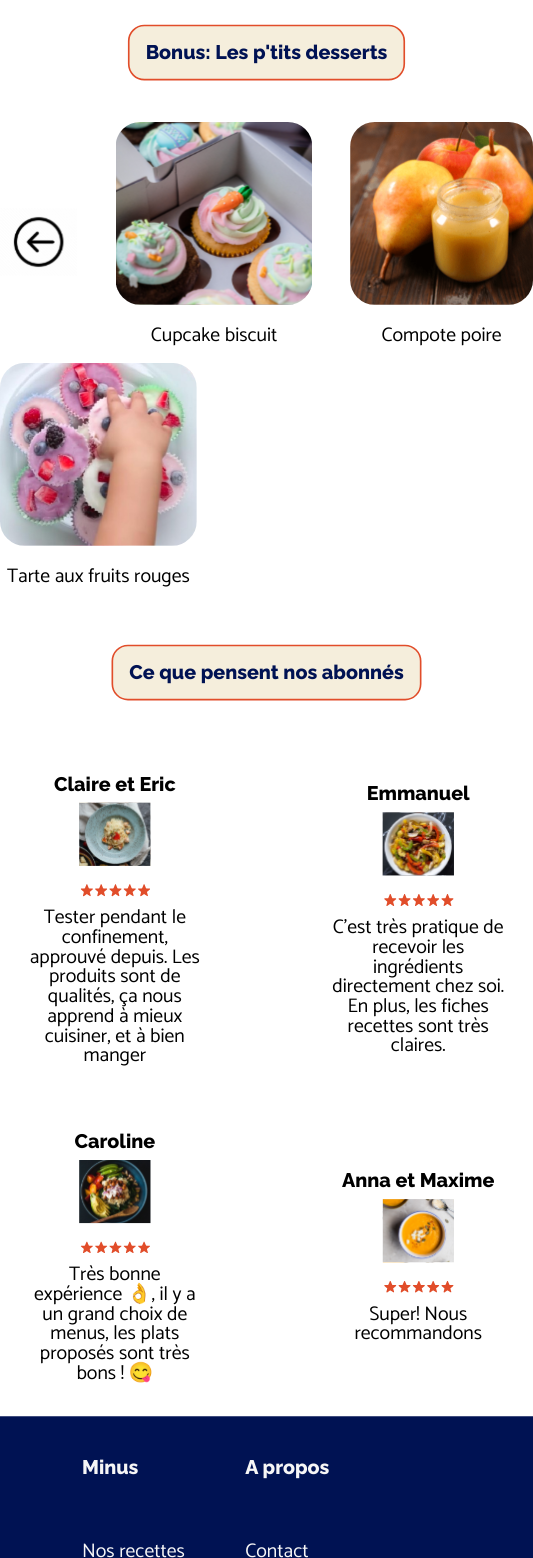
Repository: minus-team7/minus_team7
Page: minus_homepage.html
An editor plug-in stored every save of this project. The page is shown before and after a run of saves, followed by the edit.
The browser window is 650 px wide. The pictures show the part of the page from y = 3466 to 5366 px (the page is 6346 px tall), at 82% of full size.
A picture or video elsewhere on the page could not be fetched, so the positions and the page height are approximate.

Above is the page before, as saved 2023-02-13 09:46:13.

### minus_homepage.html
<!DOCTYPE html>
<html lang="en">
<head>
    <meta charset="UTF-8">
    <meta http-equiv="X-UA-Compatible" content="IE=edge">
    <meta name="viewport" content="width=device-width, initial-scale=1.0">
    <link rel="preconnect" href="https://fonts.googleapis.com">
    <link rel="preconnect" href="https://fonts.gstatic.com" crossorigin>
    <link href="https://fonts.googleapis.com/css2?family=Catamaran:wght@100;200;300;400;500;700&family=Raleway:ital,wght@0,100;0,400;0,600;0,800;1,100&display=swap" rel="stylesheet">
    <link rel="stylesheet" href="reset.css">
    <link rel="stylesheet" href="minus_homepage.css">
    <title>Minus - Homepage</title>

</head>
<body>

    <div class="box">
        <img src="/assets/homepage_boxminus.svg" alt="homepage_boxminus">
    </div>

    <div class="bouton">
        <a href="#">Nos engagements</a>
    </div>
    <section class="nos-engagements">

        <div class="engagement">
            <img src="/assets/engagement_icone_qualite_produits.svg" alt="engagement_icone_qualite_produits">
            <h2>Qualité des produits</h2>
            <p>Nous travaillons avec les meilleurs fournisseurs pour sélectionner les ingrédients les plus frais et les plus savoureux.</p>
        </div>

        <div class="engagement">
            <img src="/assets/icone_notreexpertise_chef.svg" alt="icone_notreexpertise_chef">
            <h2>Notre expertise</h2>
            <p>Chaque produit est soumis à des contrôles rigoureux pour vous garantir des ingrédients de haute qualité.</p>
        </div>

        <div class="engagement">
            <img src="/assets/icone_livraison_camion.svg" alt="icone_livraison_camion">
            <h2>Livraison sur le lieu de garde de votre enfant</h2>
            <p>Nous adaptons la livraison selon vos demandes afin de vous garantir un service adéquat</p>
        </div>

        <div class="engagement">
            <img src="/assets/icone_varietes_recettes_bolcuisine.svg" alt="icone_varietes_recettes_bolcuisine">
            <h2>Variété des recettes</h2>
            <p> Nous vous offrons une gamme de recettes pour répondre à tous les goûts et toutes les envies.</p>
        </div>

    </section>

    <div class="bouton">
        <a href="#">Nos recettes</a>
    </div>

    <section class="nos-recettes">
        <div class="recette">
            <img src="/assets/recette_spaghetti_olive.svg" alt="recette_spaghetti_olive">
            <p>Spaghetti aux olives</p>

            <img src="/assets/recette_escalope_chèvre_épinards.svg" alt="recette_escalope_chèvre_épinards">
            <p>Escalope de chèvre</p>
        </div>

        <div class="recette">
            <img src="/assets/couscous_legumes_bio.svg" alt="couscous_legumes_bio">
            <p>Couscous légumes bio</p>

            <img src="/assets/recette_puree_legumes_vert.svg" alt="recette_puree_legumes_vert">
            <p>Purée légumes verts</p>


        </div>

        <div class="recette">
            <img src="/assets/recette_croissant_poulet_champi.svg" alt="recette_croissant_poulet_champi">
            <p>Croissants poulet</p>


            <img src="/assets/recette_spaghetti_olive.svg" alt="recette_spaghetti_olive">
            <p>Spaghetti aux olives</p>
        </div>

    </section>

    <div class="bouton">
        <a href="#">Bonus: Les p'tits desserts</a>
    </div>

    <section class="nos-desserts">

            <img class="fleche-gauche" src="/assets/carroussel_flèche_gauche.svg" alt="carroussel_flèche_gauche">
        <div class="dessert">
            <img src="/assets/photo_dessert_cupcake_biscuit.svg" alt="photo_dessert_cupcake_biscuit">
            <p>Cupcake biscuit</p>
        </div>

        <div class="dessert">
            <img src="/assets/photo_dessert_compotepoire.svg" alt="photo_dessert_compotepoire">
            <p>Compote poire</p>
        </div>

        <div class="dessert">
            <img src="/assets/photo_dessert_fruitsrougesrose.svg" alt="photo_dessert_fruitsrougesrose">
            <p>Tarte aux fruits rouges</p>
        </div>

            <img class="fleche-droite" src="/assets/carroussel_fleche_droite.svg" alt="carroussel_fleche_droite">
    </section>


    <div class="bouton">
        <a href="#">Ce que pensent nos abonnés</a>
    </div>

    <section class="nos-avis">
        <div class="avis">
            <h2>Claire et Eric</h2>
            <img src="/assets/avis_plat_claireeteric_pancakes.svg" alt="avis_plat_claireeteric_pancakes">
            <img src="/assets/avis_étoiles.svg" alt="avis-étoiles">
            <p>Tester pendant le confinement, approuvé depuis. Les produits sont de qualités, ça nous apprend à mieux cuisiner, et à bien manger</p>
        </div>

        <div class="avis">
            <h2>Emmanuel</h2>
            <img src="/assets/avis_plat_emmanuel_poivrons.svg" alt="avis_plat_emmanuel_poivrons">
            <img src="/assets/avis_étoiles.svg" alt="avis-étoiles">
            <p>C'est très pratique de recevoir les ingrédients directement chez soi. En plus, les fiches recettes sont très claires.</p>
        </div>

        <div class="avis">
            <h2>Caroline</h2>
            <img src="/assets/avis_plat_caroline_quinoabowl.svg" alt="avis_plat_caroline_quinoabowl">
            <img src="/assets/avis_étoiles.svg" alt="avis-étoiles">
            <p>Très bonne expérience 👌, il y a un grand choix de menus, les plats proposés sont très bons ! 😋</p>
        </div>

        <div class="avis">
            <h2>Anna et Maxime</h2>
            <img src="/assets/avis_plat_annaetmaxime_soupepotiron.svg" alt="avis_plat_annaetmaxime_soupepotiron">
            <img src="/assets/avis_étoiles.svg" alt="avis-étoiles">
            <p>Super! Nous recommandons</p>
        </div>




    </section>








    <!-- footer  -->
    <div class="footer">
        <ul>
            <li class="titre-footer">Minus</li>
            <li><a href="#"> Nos recettes</a></li>
            <li><a href="#"> Nos recettes</a></li>
            <li><a href="#"> Livraison</a></li>
        </ul>
        <ul>
            <li class="titre-footer">A propos</li>
            <li><a href="#"> Contact</a></li>
            <li><a href="#"> Avis client</a></li>
            <li><a href="#"> Qui sommes-nous?</a></li>
        </ul>
        <ul>
            <li class="titre-footer">Aide</li>
            <li><a href="#"> FAQ</a></li>
            <li><a href="#"> CGV</a></li>
            <li><a href="#"> Preferences cookies</a></li>
        </ul>
        <ul>
            <li class="titre-footer">Newsletter</li>
            <li>
                <input class="newsletter" type="text" placeholder="Adresse e-mail">
            </li>
            <li>
                <ul class="reseaux-sociaux">
                    <li><a href="#"><img src="/assets/logo_facebook.svg" alt="fb"></a></li>
                    <li><a href="#"><img src="/assets/logo_instagram.svg" alt="insta"></a></li>
                    <li><a href="#"><img src="/assets/logo_twitter.svg" alt="twitter"></a></li>
                </ul>
            </li>
            <li class="logo-minus-footer"><a href="#"> <img src="/assets/Logo_minus_rondtête.svg" alt="logo-minus-footer"></a></li>

        </ul>


    </div>
</body>
</html>

### minus_homepage.css
/* footerr */
body{
    font-family: 'Catamaran',sans-serif;
    font-size: 24px;
}


h2{
    font-family: 'Raleway',sans-serif;
    font-weight: bold;
}


.box img{
    width: 70%;
    display: flex;
    margin: 50px auto;

}

.bouton{
    display: flex;
    align-items: center;
    justify-content: center;
    margin: 50px 0;
}

.bouton a{
    border:#E14D2A 2px solid;
    border-radius: 20px;
    padding: 20px;
    background-color: #F5EEDC;
    text-decoration: none;
    font-family: 'Raleway',sans-serif;
    font-weight: bold;
    color: #001253;

}

.nos-engagements{
    display: flex;
    flex-direction: row;
    flex-wrap: wrap;
    justify-content: space-between;
    margin-bottom: 100px;

}
.engagement{
    width: 20%;
    display: flex;
    flex-direction: column;
    min-width: 220px;
    margin-right: 30px;
    align-items: center;
    text-align: center;
}

.engagement h2, .engagement p{
    margin: 10px 0;
}

.nos-recettes{
    display: flex;
    justify-content: space-around;
    flex-wrap: wrap;
}

.recette{
    display: flex;
    flex-direction: column;
}

.recette p{
    margin-bottom: 50px;
    margin-top: 20px;
    text-align: center;
}

.nos-desserts{
    display: flex;
    justify-content: space-between;
    flex-wrap: wrap;
    text-align: center;
}

.dessert p{
    margin: 20px 0;
}
.nos-avis{
    display: flex;
    justify-content: space-between;
    flex-wrap: wrap;
}

.avis{
    display: flex;
    flex-direction: column;
    width: 20%;
    min-width: 220px;
    align-items: center;
    text-align: center;
    justify-content: center;
    margin: 40px 30px;
}
.avis img{
    width: 40%;
    margin: 10px 0;
}

.footer{

    display: flex;
    flex-direction: row;
    justify-content: space-between;
    background-color:  #001253;
    color: #f6f6f6;
    padding: 0 100px;
    flex-wrap: wrap;
}

.footer ul{
    list-style-type: none;
    margin-right: 60px;

}

.footer ul li{
    margin-top: 50px;
}
.footer a{
    text-decoration: none;
    color: #f6f6f6;
}
.footer a:hover{
    text-decoration:underline;
    color: #E14D2A;
}
.titre-footer{
    font-weight: bold;
    margin-bottom: 80px;
    font-family: 'raleway',sans-serif;

}
.newsletter{
    padding: 10px 30px;
    border-radius: 20px
}
.reseaux-sociaux{
    width: 100%;
    display: flex;
    flex-direction: row;
    justify-content: space-between;
}
.logo-minus-footer{
    display: flex;
    justify-content: center;
}

@media (min-width: 650px){
    .fleche-droite{
        display: none;
    }

}

Loaded but not shown: reset.css (common file)

After the next 5 saves:
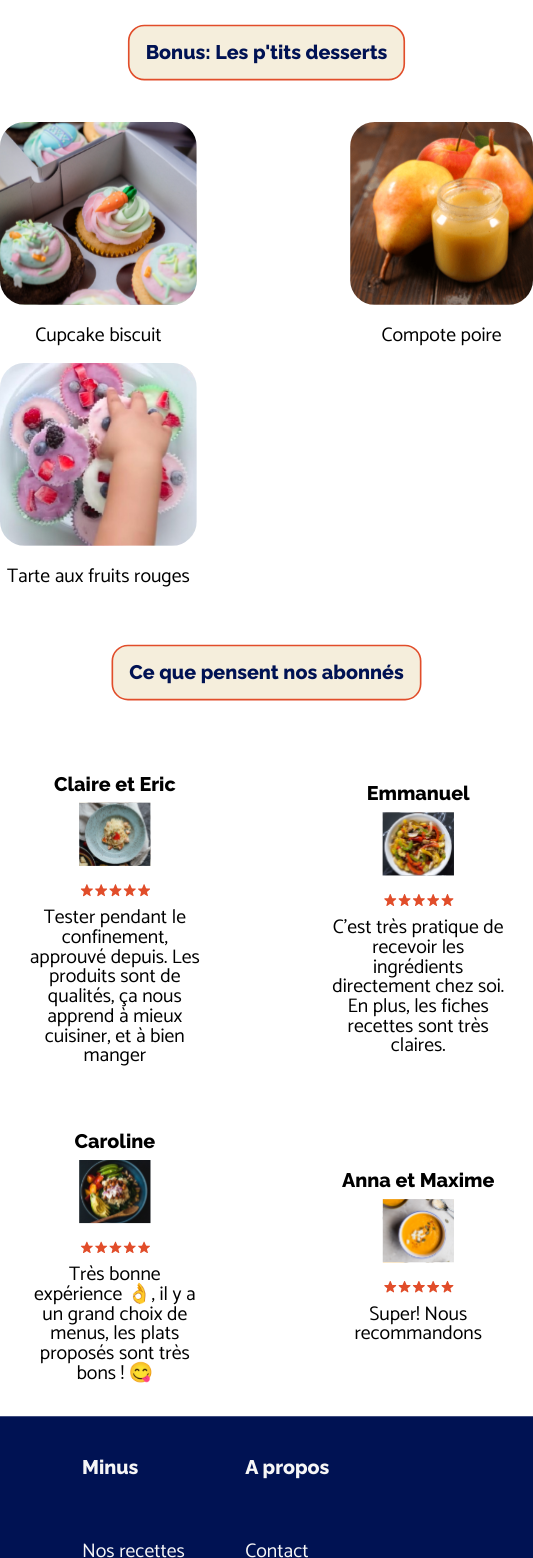
The 5 saves are shown as one change because they came seconds apart.
The last was saved 16 s later.
--- a/minus_homepage.css
+++ b/minus_homepage.css
@@ -156,8 +156,8 @@ h2{
     justify-content: center;
 }
 
-@media (min-width: 650px){
-    .fleche-droite{
+@media (max-width: 650px){
+    .fleche-droite , .fleche-gauche{
         display: none;
     }
 
